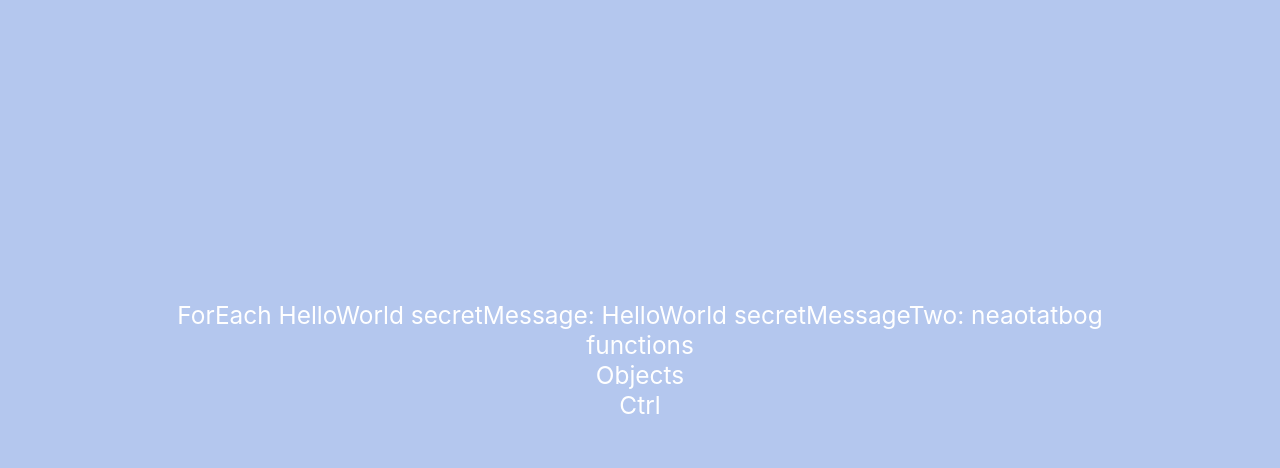
Repository: AdrianaLarsson/learning-react
Page: /
An editor plug-in stored every save of this project. The page is shown before and after a run of saves, followed by the edit.
The browser window is 1280 px wide. The pictures show the whole page.
The project was rebuilt for these pictures with package versions that can differ from the ones it lists, and the page was loaded fresh each time.

Above is the page before, as saved 2021-02-10 11:28:56.

### src/App.tsx
import React from 'react';
import './App.css';
import ForEach from './components/forEach'
import Functions from './components/functions'
import Objects from './components/objects'
import Ctrl from './components/ctrl'
import Filter from './components/filter'

function App() {

  const newNumbers = [1, 3, 5, 7 ]

const newSum = newNumbers.reduce((accu,currentVal)=>{
  console.log('The value acc: ', accu)
  console.log('The value of currentVal: ',currentVal)
  return currentVal
},10)


const newNumbers2 = [1, 3, 5, 7];

// const newSum2 = newNumbers2.reduce((accumulator, currentValue) => {
//   console.log('The value of accumulator: ', accumulator);
//   console.log('The value of currentValue: ', currentValue);

// return accumulator + currentValue
// }, 10);

const newSum2 = newNumbers2.reduce((acc,curr)=>{
 console.log('The value of accumulator: ', acc);
console.log('The value of currentValue: ', curr);
  return acc + curr
})


console.log(newSum);
console.log('newSum: ', newSum2);



  return (
    <div className="App">
      <header className="App-header">
        <ForEach/>
        <Functions/>
        <Objects/>
        <Ctrl/>

      </header>
    </div>
  );
}

export default App;

### src/App.css
.App {
  text-align: center;
}

.App-logo {
  height: 40vmin;
  pointer-events: none;
}

@media (prefers-reduced-motion: no-preference) {
  .App-logo {
    animation: App-logo-spin infinite 20s linear;
  }
}

.App-header {
  background-color: #b4c7ee;
  min-height: 100vh;
  display: flex;
  flex-direction: column;
  align-items: center;
  justify-content: center;
  font-size: calc(10px + 2vmin);
  color: white;
}

.App-link {
  color: #61dafb;
}

@keyframes App-logo-spin {
  from {
    transform: rotate(0deg);
  }
  to {
    transform: rotate(360deg);
  }
}

### src/components/forEach.tsx
import React from 'react';

function ForEach() {
  //foreach
  const fruits = ["mango", "papaya", "pinapple", "apple"];
  fruits.forEach((fruit) => {
    console.log("fruit: ", fruit);
  });
  function printFruits(element: any) {
    console.log("I want to eat: ", element);
  }
  fruits.forEach(printFruits);
  fruits.forEach((fruit) => console.log(`Jag vill äta ${fruit}`));

  const numbers = [1, 2, 3, 4, 5];
  const bigNumbers = numbers.map((number) => {
    return number * 100;
  });
  console.log("bignumbers : ", bigNumbers);

  const animals = [
    "Hen",
    "elephant",
    "llama",
    "leopard",
    "ostrich",
    "Whale",
    "octopus",
    "rabbit",
    "lion",
    "dog",
  ];
  const secretMessage = animals.map((animal) => animal[0]);
  const secretMessageTwo = animals.map((animal) => animal[2]);
  const joinS = secretMessage.join("");
  console.log("Secret message: ", joinS);
  const j = animals.join(); //expected output: Hen,elephant,llama,leopard,ostrich,Whale,octopus,rabbit,lion,dog
  console.log("animals.join(): ", j);
  const jo = animals.join("");
  console.log("animals.join(''): ", jo);
  const smallNum  = bigNumbers.map(num => num/100);
  console.log('smallNumbers: ', smallNum);

  const words = ['chair', 'music', 'pillow', 'brick', 'pen', 'door'];

  const shortWords = words.filter(word =>{
    return word.length < 5;
  })
  console.log('shortWords: ', shortWords);

  const randomNumbers = [375, 200, 3.14, 7, 13, 852];
  const less = randomNumbers.filter(num => num > 250)
  console.log('Less: ', less)

const favoriteWords = ['nostalgia', 'hyperbole', 'fervent', 'esoteric', 'serene'];
  const longFavoriteWords = favoriteWords.filter(word => {
    return word.length > 5;
  })
  console.log('longFavoriteWords: ', longFavoriteWords);

  const jumbledNums = [123, 25, 78, 5, 9];
  const lessThanTen = jumbledNums.findIndex(num => {
    return num < 10;
  })
  console.log('lessThanTen: ', lessThanTen);
  console.log('lessThanTen index 3: ', jumbledNums[3]);

  return (
    <div>
      ForEach {joinS} secretMessage: {secretMessage} secretMessageTwo: {secretMessageTwo}
    </div>
  );
}

export default ForEach;

### src/components/functions.tsx
import React from 'react'


function Functions(){


    return(
        <div>functions</div>

    )
}

export default Functions;

### src/components/objects.tsx
import React from 'react'


function Objects(){
let object1 = [1,8,10]
let object2 = [
    {id: 9, name: 'jenny'},
    {id: 8, name: 'tina'},
    {id: 7, name: 'marie'}
]
/* let obj;
object2.map((name)=>{
  obj = name ? name.name = 'adriana': name
  return object2
}) */
//console.log('object2: ', object2)
let obj;
    object2.map((object2Id)=>{
      object1.map((id)=>{
       obj = object2Id.id === id ? object2Id.name = 'adriana' : object2Id
       return object2
    })

})
console.log('objt 2', object2)

    return(
        <div>Objects</div>

    )
}

export default Objects;

### src/components/ctrl.tsx
import React from 'react'


function Ctrl(){



    return(
        <div>Ctrl

        </div>

    )
}

export default Ctrl;

Loaded but not shown: public/index.html (common file); src/index.tsx (common file); src/index.css (common file); src/reportWebVitals.ts (common file)

After the next 2 saves:
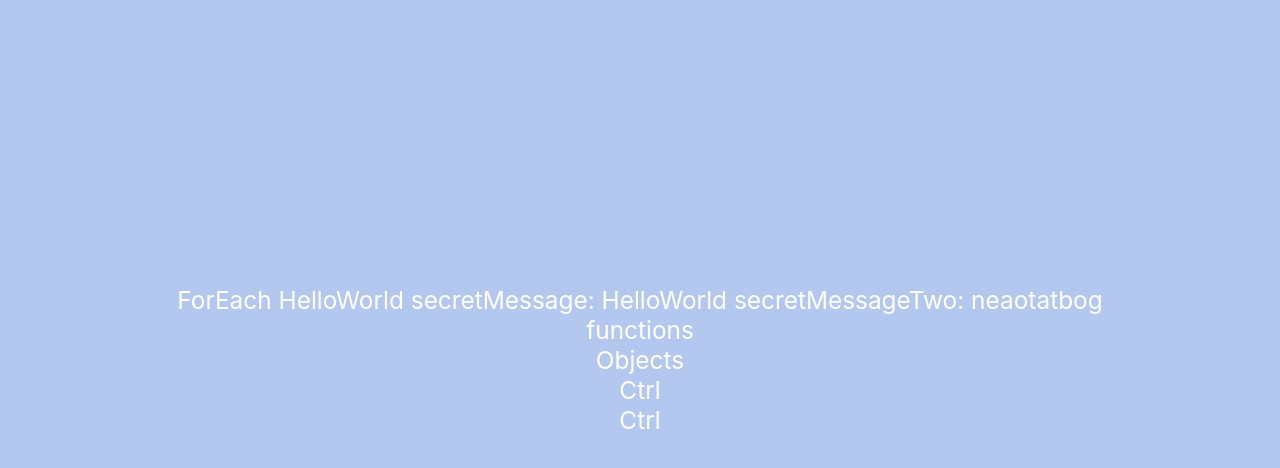
The 2 saves are shown as one change because they came seconds apart.
The last was saved 9 s later.
--- a/src/App.tsx
+++ b/src/App.tsx
@@ -45,6 +45,7 @@ console.log('newSum: ', newSum2);
         <Functions/>
         <Objects/>
         <Ctrl/>
+        <Ctrl/>
 
       </header>
     </div>
